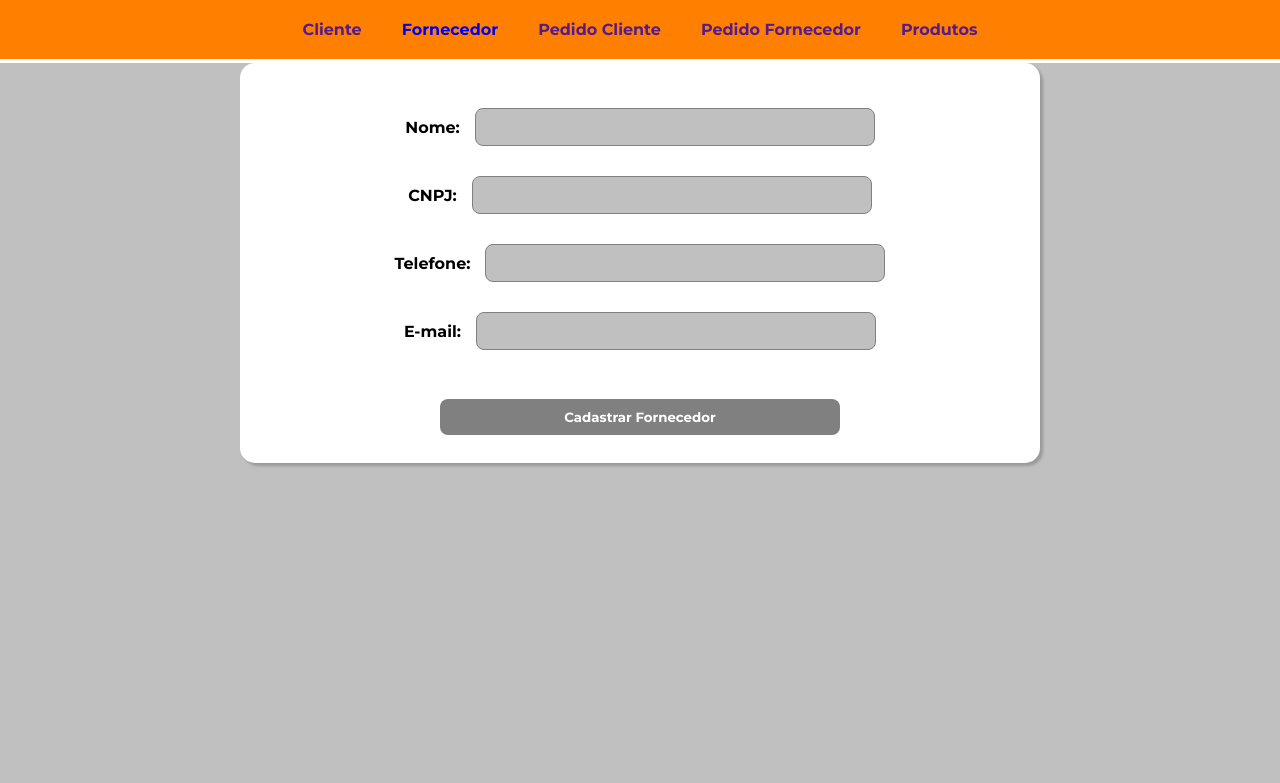
Repository: walterdmp/JavaWeb_BartoBotinas
Page: http://localhost/BartoBotinas/cadastrarFornecedor.jsp
An editor plug-in stored every save of this project. The page is shown before and after the next save, followed by the edit.
The browser window is 1280 px wide. The pictures show the whole page.
The page is served by Tomcat 9.

Above is the page before, as saved 2024-07-30 18:13:28.

After the next save:
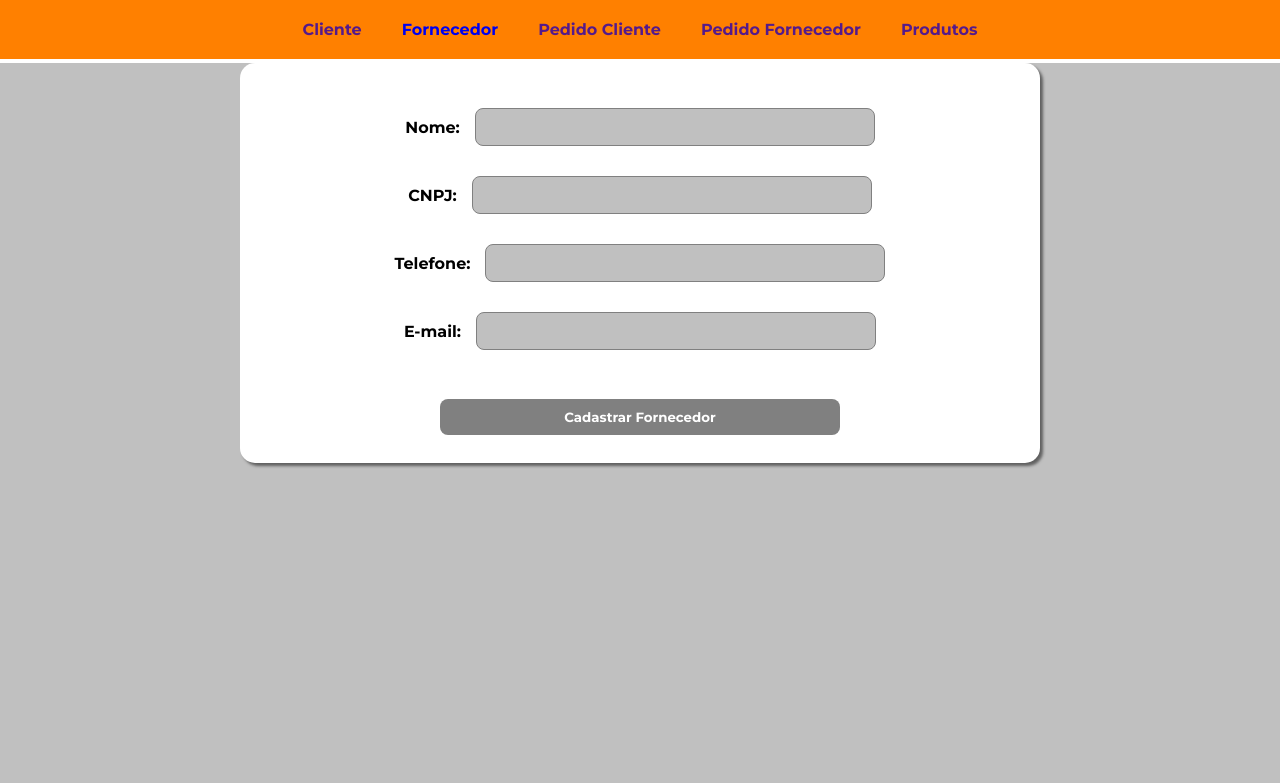
Saved 31 s later.
--- a/BartoBotinas/WebContent/css/estilo.css
+++ b/BartoBotinas/WebContent/css/estilo.css
@@ -45,7 +45,7 @@
 	margin: 0 auto;
 	margin-top: 4px;
 	border-radius: 15px;
-	box-shadow: 3px 3px 3px rgba(0, 0, 0, 0.2);
+	box-shadow: 3px 3px 3px rgba(0, 0, 0, 0.5);
 	width: 800px;
 	align-items: center;
 	align-self: center;
